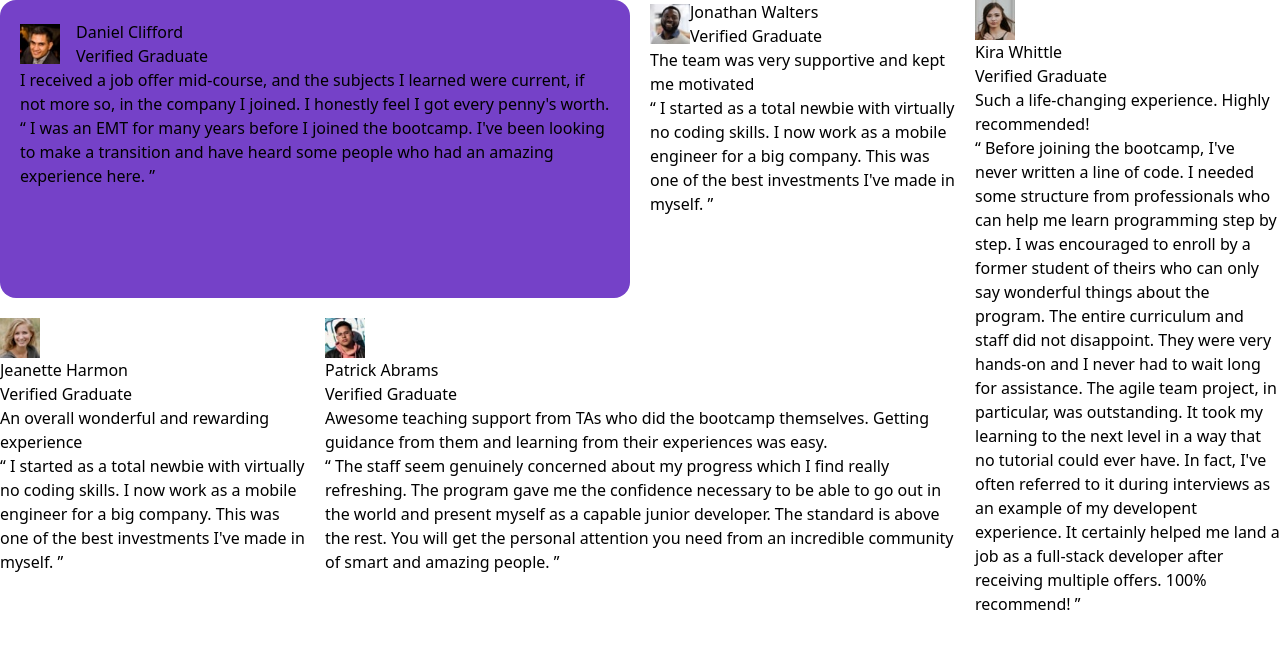
Repository: DiyBookOfLife/ps-FrontendMentor
Page: index.html
An editor plug-in stored every save of this project. The page is shown before and after the next save, followed by the edit.
The browser window is 1280 px wide. The pictures show the whole page.
Some web libraries are served in a nearby version.

Above is the page before, as saved 2026-01-02 13:53:54.

### index.html
<!DOCTYPE html>
<html lang="en">
  <head>
    <meta charset="UTF-8" />
    <meta name="viewport" content="width=device-width, initial-scale=1.0" />
    <!-- displays site properly based on user's device -->

    <link
      rel="icon"
      type="image/png"
      sizes="32x32"
      href="./images/favicon-32x32.png"
    />

    <title>Frontend Mentor | [Challenge Name Here]</title>

    <link rel="preconnect" href="https://fonts.googleapis.com" />
    <link rel="preconnect" href="https://fonts.gstatic.com" crossorigin />
    <link
      href="https://fonts.googleapis.com/css2?family=Barlow+Semi+Condensed:ital,wght@0,100;0,200;0,300;0,400;0,500;0,600;0,700;0,800;0,900;1,100;1,200;1,300;1,400;1,500;1,600;1,700;1,800;1,900&display=swap"
      rel="stylesheet"
    />

    <!-- <link rel="stylesheet" href="./styles.css"> -->
    <script src="https://cdn.tailwindcss.com"></script>
  </head>

  <body>
    <main>
      <section class="grid grid-cols-4 grid-rows-2 gap-[20px]">
        <div
          class="col-start-1 col-end-3 bg-[hsl(263,55%,52%)] p-5 rounded-2xl"
        >
          <div class="flex items-center gap-4">
            <img
              class="h-[40px]"
              src="./images/image-daniel.jpg"
              alt="picture of daniel"
            />

            <div class="flex flex-col justify-center">
              <div>Daniel Clifford</div>
              <div>Verified Graduate</div>
            </div>
          </div>

          <p>
            I received a job offer mid-course, and the subjects I learned were
            current, if not more so, in the company I joined. I honestly feel I
            got every penny's worth.
          </p>

          <p>
            “ I was an EMT for many years before I joined the bootcamp. I've
            been looking to make a transition and have heard some people who had
            an amazing experience here. ”
          </p>
        </div>

        <div class="col-start-3 col-end-4">
          <div class="col-start-1 col-end-3">
            <div class="flex items-center">
              <img
                class="h-[40px] src="
                src="/images/image-jonathan.jpg"
                alt="picture of jonathan"
              />
              <div class="flex flex-col justify-center">
                <div>Jonathan Walters</div>
                <div>Verified Graduate</div>
              </div>
            </div>
          </div>

          <p>The team was very supportive and kept me motivated</p>

          <p>
            “ I started as a total newbie with virtually no coding skills. I now
            work as a mobile engineer for a big company. This was one of the
            best investments I've made in myself. ”
          </p>
        </div>

        <div class="card" id="jeanette_card">
          <div class="col-start-1 col-end-3">
            <img
              class="h-[40px]"
              src="./images/image-jeanette.jpg"
              alt="picture of jeanette"
            />
            <div class="flex flex-col justify-center">
              <div>Jeanette Harmon</div>
              <div>Verified Graduate</div>
            </div>
          </div>

          <p>An overall wonderful and rewarding experience</p>

          <p>
            “ I started as a total newbie with virtually no coding skills. I now
            work as a mobile engineer for a big company. This was one of the
            best investments I've made in myself. ”
          </p>
        </div>

        <div class="col-start-2 col-end-4">
          <div class="col-start-1 col-end-3">
            <img
              class="h-[40px]"
              src="./images/image-patrick.jpg"
              alt="picture of patrick"
            />
            <div class="flex flex-col justify-center">
              <div>Patrick Abrams</div>
              <div>Verified Graduate</div>
            </div>
          </div>

          <p>
            Awesome teaching support from TAs who did the bootcamp themselves.
            Getting guidance from them and learning from their experiences was
            easy.
          </p>

          <p>
            “ The staff seem genuinely concerned about my progress which I find
            really refreshing. The program gave me the confidence necessary to
            be able to go out in the world and present myself as a capable
            junior developer. The standard is above the rest. You will get the
            personal attention you need from an incredible community of smart
            and amazing people. ”
          </p>
        </div>

        <div class="col-start-4 col-end-5 row-start-1 row-end-3">
          <div class="profile">
            <img
              class="h-[40px]"
              src="./images/image-kira.jpg"
              alt="picture of kira"
            />
            <div>
              <div>Kira Whittle</div>
              <div>Verified Graduate</div>
            </div>
          </div>

          <p>Such a life-changing experience. Highly recommended!</p>

          <p>
            “ Before joining the bootcamp, I've never written a line of code. I
            needed some structure from professionals who can help me learn
            programming step by step. I was encouraged to enroll by a former
            student of theirs who can only say wonderful things about the
            program. The entire curriculum and staff did not disappoint. They
            were very hands-on and I never had to wait long for assistance. The
            agile team project, in particular, was outstanding. It took my
            learning to the next level in a way that no tutorial could ever
            have. In fact, I've often referred to it during interviews as an
            example of my developent experience. It certainly helped me land a
            job as a full-stack developer after receiving multiple offers. 100%
            recommend! ”
          </p>
        </div>
      </section>
    </main>
  </body>
</html>

After the next save:
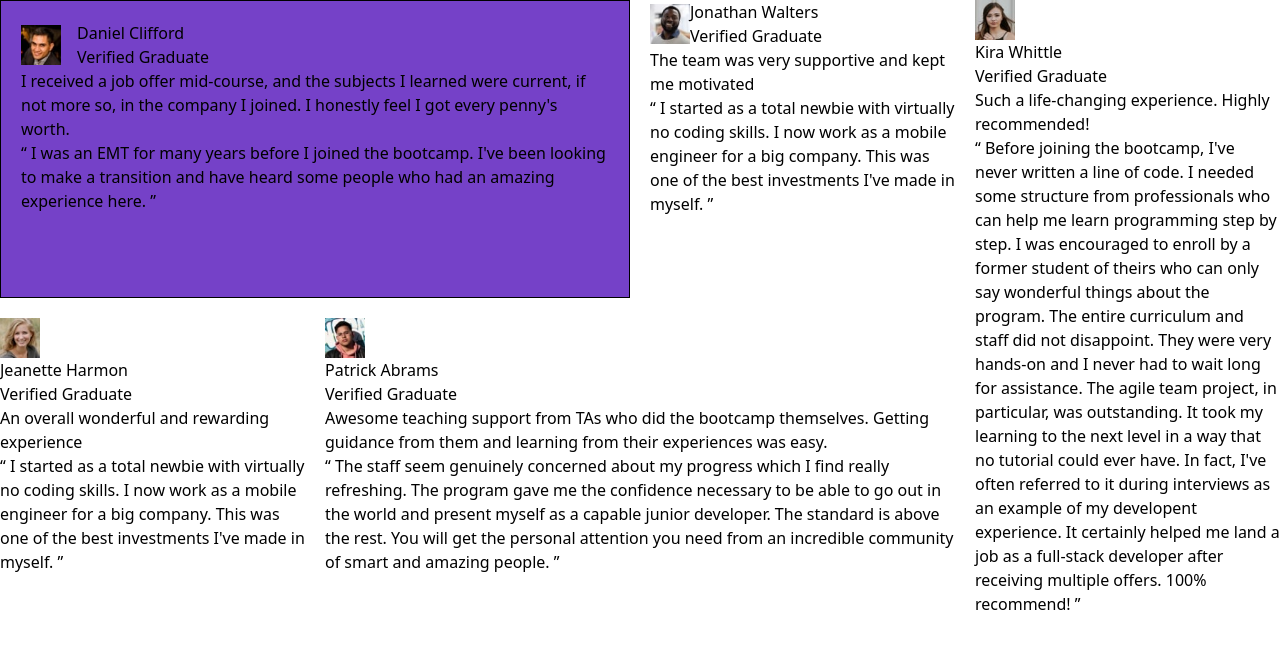
Saved 13 s later.
--- a/index.html
+++ b/index.html
@@ -29,7 +29,7 @@
     <main>
       <section class="grid grid-cols-4 grid-rows-2 gap-[20px]">
         <div
-          class="col-start-1 col-end-3 bg-[hsl(263,55%,52%)] p-5 rounded-2xl"
+          class="col-start-1 col-end-3 bg-[hsl(263,55%,52%)] border border-black p-5"
         >
           <div class="flex items-center gap-4">
             <img

After the save that followed:
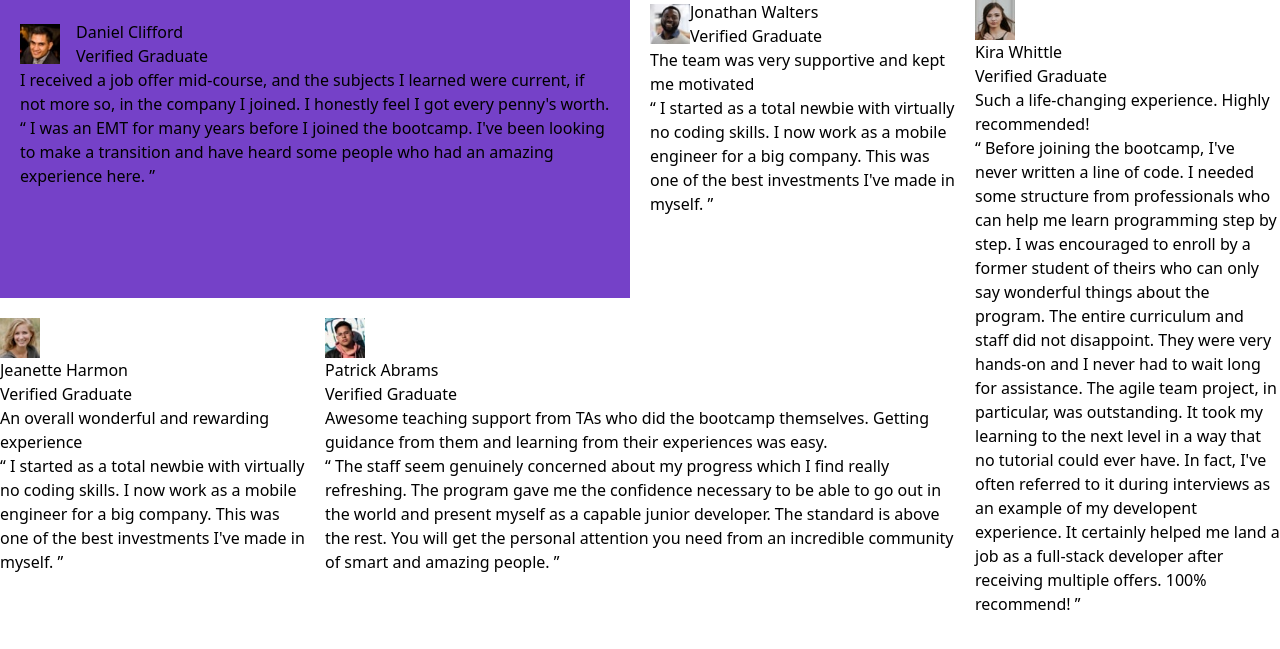
Saved 4 s later.
--- a/index.html
+++ b/index.html
@@ -29,7 +29,7 @@
     <main>
       <section class="grid grid-cols-4 grid-rows-2 gap-[20px]">
         <div
-          class="col-start-1 col-end-3 bg-[hsl(263,55%,52%)] border border-black p-5"
+          class="col-start-1 col-end-3 bg-[hsl(263,55%,52%)] p-5"
         >
           <div class="flex items-center gap-4">
             <img
